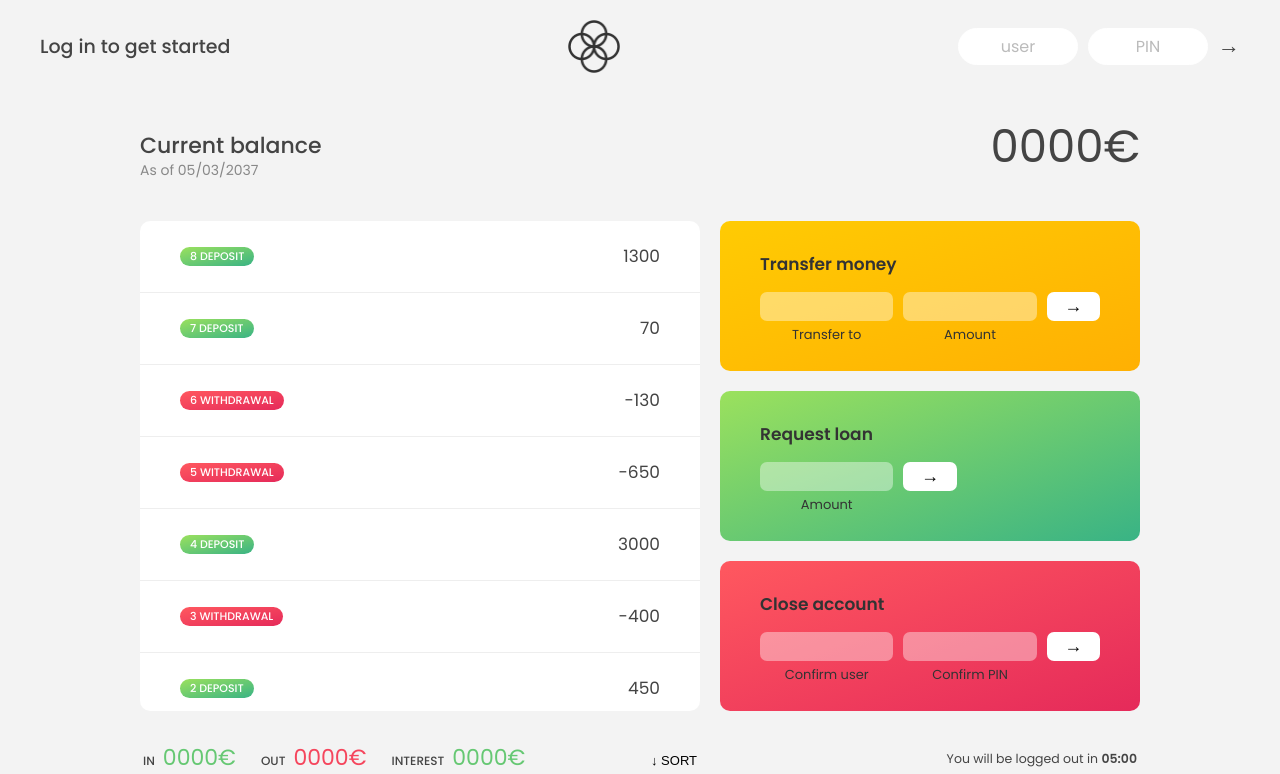
Repository: otvertka/jsc_11
Page: index.html
These files come from the project's save history. The page is drawn as it stood at one moment and after the next save; the edit follows.
The browser window is 1280 px wide. The pictures show the whole page.
An inner scrolling area shows only its first screen.

Above is the page before, as saved 2023-02-01 11:58:07.

### index.html
<!DOCTYPE html>
<html lang="en">
  <head>
    <meta charset="UTF-8" />
    <meta name="viewport" content="width=device-width, initial-scale=1.0" />
    <meta http-equiv="X-UA-Compatible" content="ie=edge" />
    <link rel="shortcut icon" type="image/png" href="/icon.png" />

    <link
      href="https://fonts.googleapis.com/css?family=Poppins:400,500,600&display=swap"
      rel="stylesheet"
    />

    <link rel="stylesheet" href="style.css" />
    <title>Bankist</title>
  </head>
  <body>
    <!-- TOP NAVIGATION -->
    <nav>
      <p class="welcome">Log in to get started</p>
      <img src="logo.png" alt="Logo" class="logo" />
      <form class="login">
        <input
          type="text"
          placeholder="user"
          class="login__input login__input--user"
        />
        <!-- In practice, use type="password" -->
        <input
          type="text"
          placeholder="PIN"
          maxlength="4"
          class="login__input login__input--pin"
        />
        <button class="login__btn">&rarr;</button>
      </form>
    </nav>

    <main class="app">
      <!-- BALANCE -->
      <div class="balance">
        <div>
          <p class="balance__label">Current balance</p>
          <p class="balance__date">
            As of <span class="date">05/03/2037</span>
          </p>
        </div>
        <p class="balance__value">0000€</p>
      </div>

      <!-- MOVEMENTS -->
      <div class="movements">
        <div class="movements__row">
          <div class="movements__type movements__type--deposit">2 deposit</div>
          <div class="movements__date">3 days ago</div>
          <div class="movements__value">4 000€</div>
        </div>
        <div class="movements__row">
          <div class="movements__type movements__type--withdrawal">
            1 withdrawal
          </div>
          <div class="movements__date">24/01/2037</div>
          <div class="movements__value">-378€</div>
        </div>
      </div>

      <!-- SUMMARY -->
      <div class="summary">
        <p class="summary__label">In</p>
        <p class="summary__value summary__value--in">0000€</p>
        <p class="summary__label">Out</p>
        <p class="summary__value summary__value--out">0000€</p>
        <p class="summary__label">Interest</p>
        <p class="summary__value summary__value--interest">0000€</p>
        <button class="btn--sort">&downarrow; SORT</button>
      </div>

      <!-- OPERATION: TRANSFERS -->
      <div class="operation operation--transfer">
        <h2>Transfer money</h2>
        <form class="form form--transfer">
          <input type="text" class="form__input form__input--to" />
          <input type="number" class="form__input form__input--amount" />
          <button class="form__btn form__btn--transfer">&rarr;</button>
          <label class="form__label">Transfer to</label>
          <label class="form__label">Amount</label>
        </form>
      </div>

      <!-- OPERATION: LOAN -->
      <div class="operation operation--loan">
        <h2>Request loan</h2>
        <form class="form form--loan">
          <input type="number" class="form__input form__input--loan-amount" />
          <button class="form__btn form__btn--loan">&rarr;</button>
          <label class="form__label form__label--loan">Amount</label>
        </form>
      </div>

      <!-- OPERATION: CLOSE -->
      <div class="operation operation--close">
        <h2>Close account</h2>
        <form class="form form--close">
          <input type="text" class="form__input form__input--user" />
          <input
            type="password"
            maxlength="6"
            class="form__input form__input--pin"
          />
          <button class="form__btn form__btn--close">&rarr;</button>
          <label class="form__label">Confirm user</label>
          <label class="form__label">Confirm PIN</label>
        </form>
      </div>

      <!-- LOGOUT TIMER -->
      <p class="logout-timer">
        You will be logged out in <span class="timer">05:00</span>
      </p>
    </main>

    <!-- <footer>
      &copy; by Jonas Schmedtmann. Don't claim as your own :)
    </footer> -->

    <script src="script.js"></script>
  </body>
</html>

### style.css
/*
 * Use this CSS to learn some intersting techniques,
 * in case you're wondering how I built the UI.
 * Have fun! 😁
 */

* {
  margin: 0;
  padding: 0;
  box-sizing: inherit;
}

html {
  font-size: 62.5%;
  box-sizing: border-box;
}

body {
  font-family: 'Poppins', sans-serif;
  color: #444;
  background-color: #f3f3f3;
  height: 100vh;
  padding: 2rem;
}

nav {
  display: flex;
  justify-content: space-between;
  align-items: center;
  padding: 0 2rem;
}

.welcome {
  font-size: 1.9rem;
  font-weight: 500;
}

.logo {
  height: 5.25rem;
}

.login {
  display: flex;
}

.login__input {
  border: none;
  padding: 0.5rem 2rem;
  font-size: 1.6rem;
  font-family: inherit;
  text-align: center;
  width: 12rem;
  border-radius: 10rem;
  margin-right: 1rem;
  color: inherit;
  border: 1px solid #fff;
  transition: all 0.3s;
}

.login__input:focus {
  outline: none;
  border: 1px solid #ccc;
}

.login__input::placeholder {
  color: #bbb;
}

.login__btn {
  border: none;
  background: none;
  font-size: 2.2rem;
  color: inherit;
  cursor: pointer;
  transition: all 0.3s;
}

.login__btn:hover,
.login__btn:focus,
.btn--sort:hover,
.btn--sort:focus {
  outline: none;
  color: #777;
}

/* MAIN */
.app {
  position: relative;
  max-width: 100rem;
  margin: 4rem auto;
  display: grid;
  grid-template-columns: 4fr 3fr;
  grid-template-rows: auto repeat(3, 15rem) auto;
  gap: 2rem;

  /* NOTE This creates the fade in/out anumation */
  /* opacity: 0; */
  transition: all 1s;
}

.balance {
  grid-column: 1 / span 2;
  display: flex;
  align-items: flex-end;
  justify-content: space-between;
  margin-bottom: 2rem;
}

.balance__label {
  font-size: 2.2rem;
  font-weight: 500;
  margin-bottom: -0.2rem;
}

.balance__date {
  font-size: 1.4rem;
  color: #888;
}

.balance__value {
  font-size: 4.5rem;
  font-weight: 400;
}

/* MOVEMENTS */
.movements {
  grid-row: 2 / span 3;
  background-color: #fff;
  border-radius: 1rem;
  overflow: scroll;
}

.movements__row {
  padding: 2.25rem 4rem;
  display: flex;
  align-items: center;
  border-bottom: 1px solid #eee;
}

.movements__type {
  font-size: 1.1rem;
  text-transform: uppercase;
  font-weight: 500;
  color: #fff;
  padding: 0.1rem 1rem;
  border-radius: 10rem;
  margin-right: 2rem;
}

.movements__date {
  font-size: 1.1rem;
  text-transform: uppercase;
  font-weight: 500;
  color: #666;
}

.movements__type--deposit {
  background-image: linear-gradient(to top left, #39b385, #9be15d);
}

.movements__type--withdrawal {
  background-image: linear-gradient(to top left, #e52a5a, #ff585f);
}

.movements__value {
  font-size: 1.7rem;
  margin-left: auto;
}

/* SUMMARY */
.summary {
  grid-row: 5 / 6;
  display: flex;
  align-items: baseline;
  padding: 0 0.3rem;
  margin-top: 1rem;
}

.summary__label {
  font-size: 1.2rem;
  font-weight: 500;
  text-transform: uppercase;
  margin-right: 0.8rem;
}

.summary__value {
  font-size: 2.2rem;
  margin-right: 2.5rem;
}

.summary__value--in,
.summary__value--interest {
  color: #66c873;
}

.summary__value--out {
  color: #f5465d;
}

.btn--sort {
  margin-left: auto;
  border: none;
  background: none;
  font-size: 1.3rem;
  font-weight: 500;
  cursor: pointer;
}

/* OPERATIONS */
.operation {
  border-radius: 1rem;
  padding: 3rem 4rem;
  color: #333;
}

.operation--transfer {
  background-image: linear-gradient(to top left, #ffb003, #ffcb03);
}

.operation--loan {
  background-image: linear-gradient(to top left, #39b385, #9be15d);
}

.operation--close {
  background-image: linear-gradient(to top left, #e52a5a, #ff585f);
}

h2 {
  margin-bottom: 1.5rem;
  font-size: 1.7rem;
  font-weight: 600;
  color: #333;
}

.form {
  display: grid;
  grid-template-columns: 2.5fr 2.5fr 1fr;
  grid-template-rows: auto auto;
  gap: 0.4rem 1rem;
}

/* Exceptions for interst */
.form.form--loan {
  grid-template-columns: 2.5fr 1fr 2.5fr;
}
.form__label--loan {
  grid-row: 2;
}
/* End exceptions */

.form__input {
  width: 100%;
  border: none;
  background-color: rgba(255, 255, 255, 0.4);
  font-family: inherit;
  font-size: 1.5rem;
  text-align: center;
  color: #333;
  padding: 0.3rem 1rem;
  border-radius: 0.7rem;
  transition: all 0.3s;
}

.form__input:focus {
  outline: none;
  background-color: rgba(255, 255, 255, 0.6);
}

.form__label {
  font-size: 1.3rem;
  text-align: center;
}

.form__btn {
  border: none;
  border-radius: 0.7rem;
  font-size: 1.8rem;
  background-color: #fff;
  cursor: pointer;
  transition: all 0.3s;
}

.form__btn:focus {
  outline: none;
  background-color: rgba(255, 255, 255, 0.8);
}

.logout-timer {
  padding: 0 0.3rem;
  margin-top: 1.9rem;
  text-align: right;
  font-size: 1.25rem;
}

.timer {
  font-weight: 600;
}

### script.js
'use strict';

/////////////////////////////////////////////////
/////////////////////////////////////////////////

// /////////////////////////////////////////////////
// /////////////////////////////////////////////////
// // LECTURES

// const currencies = new Map([
//   ['USD', 'United States dollar'],
//   ['EUR', 'Euro'],
//   ['GBP', 'Pound sterling'],
// ]);

// const movements = [200, 450, -400, 3000, -650, -130, 70, 1300];

// /////////////////////////////////////////////////

// // 1
// let arr = ['a', 'b', 'c', 'd', 'e'];

// // SLICE . Метод slice() возвращает новый массив, содержащий копию части исходного массива.
// //// SYNTAX  arr.slice([begin[, end]])

// console.log(arr.slice(2)); // c, d, e
// console.log(arr);
// console.log(arr.slice(2, 4)); // c, d
// console.log(arr.slice(-2)); // d, e
// console.log(arr.slice(-1)); // LAST ELEM e
// console.log(arr.slice(1, -2)); // b, c

// console.log(arr.slice()); //  ['a', 'b', 'c', 'd', 'e']  Копирует весь массив
// console.log([...arr]); //  ['a', 'b', 'c', 'd', 'e']  Копирует весь массив SPREAD

// // SPLICE Метод splice() изменяет содержимое массива, удаляя существующие элементы и/или добавляя новые.
// // // SYNTAX  array.splice(start[, deleteCount[, item1[, item2[, ...]]]])

// // console.log(arr.splice(2)); // c, d, e
// arr.splice(-1); // удаляет последний элемент в массиве
// console.log(arr); //  ['a', 'b', 'c', 'd']
// arr.splice(1, 2); // удаляет 2 элемента , начиная с 1
// console.log(arr); // [a, d]

// // REVERSE  . Метод reverse() на месте обращает порядок следования элементов массива. Первый элемент массива становится последним, а последний — первым.
// ///// SYNTAX  array.reverse()

// arr = ['a', 'b', 'c', 'd', 'e'];
// const arr2 = ['j', 'i', 'h', 'g', 'f'];
// console.log(arr2.reverse()); //['f', 'g', 'h', 'i', 'j']
// console.log(arr2); // Изменяет основной массив ['f', 'g', 'h', 'i', 'j']

// // CONCAT / Метод concat() возвращает новый массив, состоящий из массива, на котором он был вызван,
// //             соединённого с другими массивами и/или значениями, переданными в качестве аргументов.
// // SYNTAX   var new_array = old_array.concat(value1[, value2[, ...[, valueN]]])

// const letters = arr.concat(arr2);
// console.log(letters); // ['a', 'b', 'c', 'd', 'e', 'f', 'g', 'h', 'i', 'j']
// console.log([...arr, ...arr2]); //  ['a', 'b', 'c', 'd', 'e', 'f', 'g', 'h', 'i', 'j']

// // JOIN  Метод join() объединяет все элементы массива (или массивоподобного объекта) в строку.
// // SYNTAX
// console.log(letters.join(' - ')); // a - b - c - d - e - f - g - h - i - j

// // LECtion 2 . at
// const arr = [23, 11, 64];
// console.log(arr[0]); // 23
// console.log(arr.at(0)); // 23 at position 0

// // получаем последний элем в массиве
// console.log(arr[arr.length - 1]); // 64
// console.log(arr.slice(-1)[0]); // получаем последний элем в массиве

// console.log(arr.at(-1)); // 64
// console.log('jonas'.at(0)); // j Также работает со строками

// LECT 3. Метод forEach() выполняет указанную функцию один раз для каждого элемента в массиве.
// SYNTAX .arr.forEach(function callback(currentValue, index, array) {
//your iterator
// }[, thisArg]);
// const movements = [200, 450, -400, 3000, -650, -130, 70, 1300];

// // for (const movement of movements) {
// for (const [i, movement] of movements.entries()) {
//   if (movement > 0) {
//     console.log(`Movement ${i + 1}: You deposited ${movement}`);
//   } else {
//     console.log(`Movement ${i + 1}: You withdrew ${Math.abs(movement)}`); // Math.abs - удалит знак МИНУС
//   }
// }
// console.log('----FOREACH-----');
// // callback Функция, которая будет вызвана для каждого элемента массива.
// movements.forEach(function (movement, index, array) {
//   if (movement > 0) {
//     console.log(`Movement ${index + 1}: You deposited ${movement}`);
//   } else {
//     console.log(`Movement ${index + 1}: You withdrew ${Math.abs(movement)}`); // Math.abs - удалит знак МИНУС
//   }
// });
// // 0: function(200)
// // 1: function(450)
// // 2: function(400)
// // ....

// LECT 4 . forEach with Map and Set

// const currencies = new Map([
//   ['USD', 'United States dollar'], // 'key', 'value'
//   ['EUR', 'Euro'],
//   ['GBP', 'Pound sterling'],
// ]);

// currencies.forEach(function (value, key, map) {
//   console.log(`${key}: ${value}`);
// });

// // Set
// const currenciesUnique = new Set(['USD', 'GBP', 'USD', 'EUR', 'EUR']);
// console.log(currenciesUnique); // {'USD', 'GBP', 'EUR'}

// currenciesUnique.forEach(function (value, _, map) {
//   console.log(`${value}: ${value}`); // USD: USD ,GBP: GBP ,EUR: EUR
// });
//////////////////////////////////////////////////////////////////////////////////////////////

// BANKIST APP

// Data
const account1 = {
  owner: 'Jonas Schmedtmann',
  movements: [200, 450, -400, 3000, -650, -130, 70, 1300],
  interestRate: 1.2, // %
  pin: 1111,
};

const account2 = {
  owner: 'Jessica Davis',
  movements: [5000, 3400, -150, -790, -3210, -1000, 8500, -30],
  interestRate: 1.5,
  pin: 2222,
};

const account3 = {
  owner: 'Steven Thomas Williams',
  movements: [200, -200, 340, -300, -20, 50, 400, -460],
  interestRate: 0.7,
  pin: 3333,
};

const account4 = {
  owner: 'Sarah Smith',
  movements: [430, 1000, 700, 50, 90],
  interestRate: 1,
  pin: 4444,
};

const accounts = [account1, account2, account3, account4];

// Elements
const labelWelcome = document.querySelector('.welcome');
const labelDate = document.querySelector('.date');
const labelBalance = document.querySelector('.balance__value');
const labelSumIn = document.querySelector('.summary__value--in');
const labelSumOut = document.querySelector('.summary__value--out');
const labelSumInterest = document.querySelector('.summary__value--interest');
const labelTimer = document.querySelector('.timer');

const containerApp = document.querySelector('.app');
const containerMovements = document.querySelector('.movements');

const btnLogin = document.querySelector('.login__btn');
const btnTransfer = document.querySelector('.form__btn--transfer');
const btnLoan = document.querySelector('.form__btn--loan');
const btnClose = document.querySelector('.form__btn--close');
const btnSort = document.querySelector('.btn--sort');

const inputLoginUsername = document.querySelector('.login__input--user');
const inputLoginPin = document.querySelector('.login__input--pin');
const inputTransferTo = document.querySelector('.form__input--to');
const inputTransferAmount = document.querySelector('.form__input--amount');
const inputLoanAmount = document.querySelector('.form__input--loan-amount');
const inputCloseUsername = document.querySelector('.form__input--user');
const inputClosePin = document.querySelector('.form__input--pin');

const displayMovements = function (movements) {
  movements.forEach(function (mov, i) {
    const type = mov > 0 ? 'deposit' : 'withdrawal';
    const html = `
  <div class="movements__row">
    <div class="movements__type movements__type--${type}">${i + 1} ${type}</div>
    <div class="movements__value">${mov}</div>
    </div>
  `;

    containerMovements.insertAdjacentHTML('afterbegin', html);
  });
};

displayMovements(account1.movements);

After the next save:
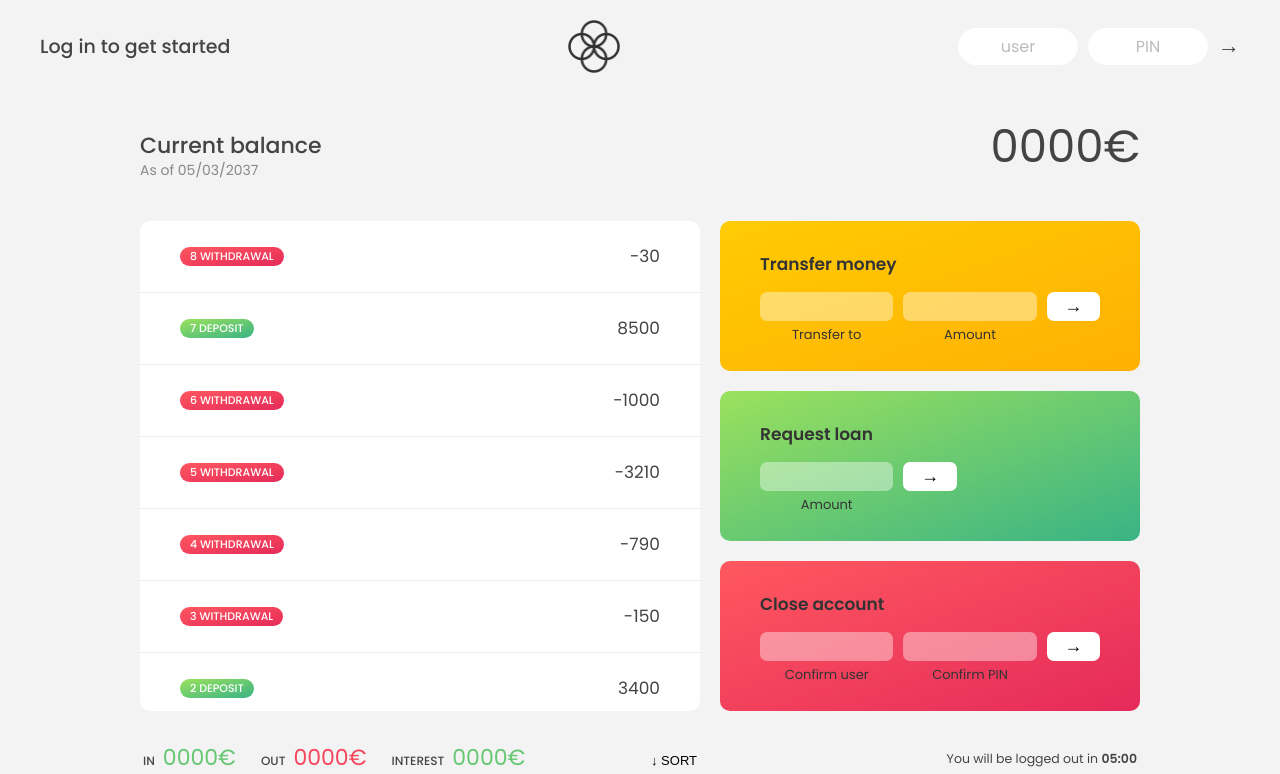
Saved 12 min 22 s later.
--- a/script.js
+++ b/script.js
@@ -196,4 +196,4 @@
   });
 };
 
-displayMovements(account1.movements);
+displayMovements(account2.movements);

After the save that followed:
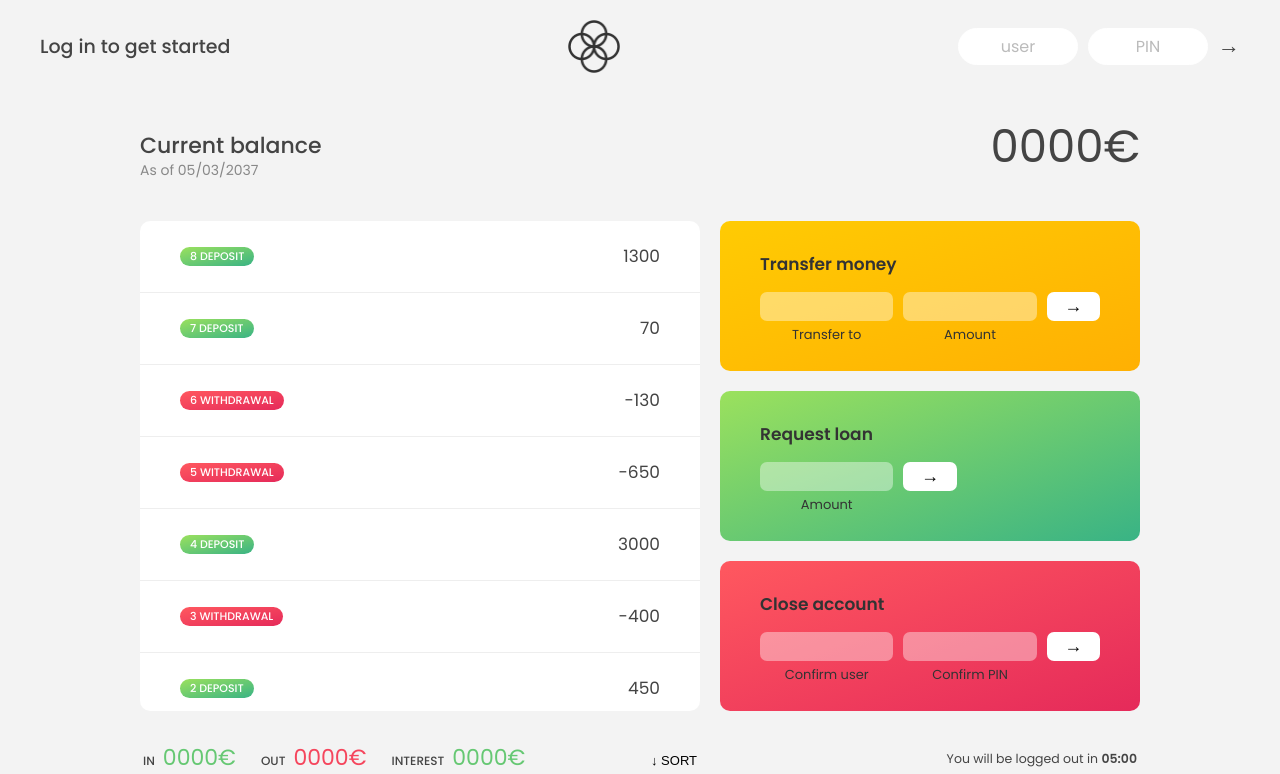
Saved 17 s later.
--- a/script.js
+++ b/script.js
@@ -196,4 +196,4 @@
   });
 };
 
-displayMovements(account2.movements);
+displayMovements(account1.movements);
